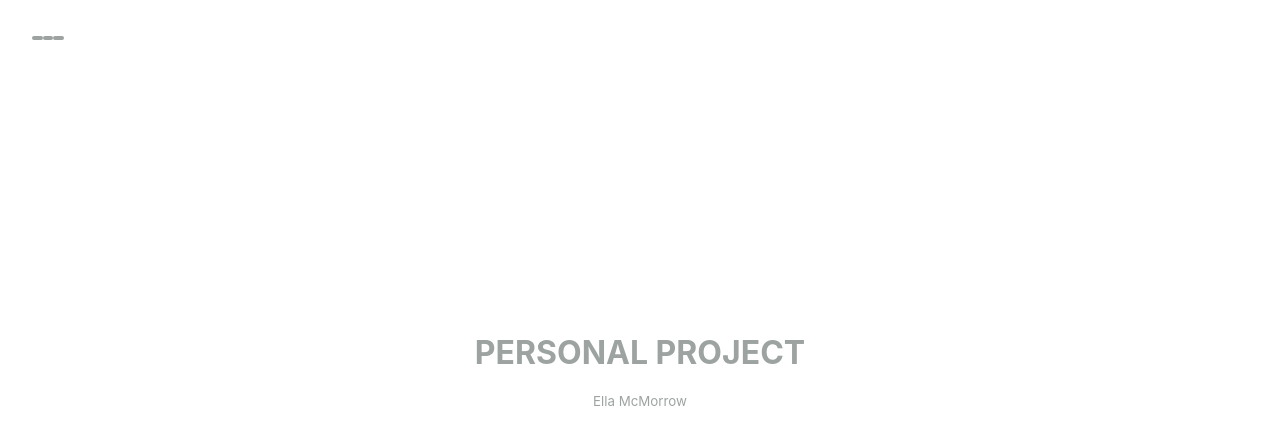
Repository: ellamcmorrow/react2020
Page: /
These files come from the project's save history. The page is drawn as it stood at one moment and after the next save; the edit follows.
The browser window is 1280 px wide. The pictures show the whole page.
The project was rebuilt for these pictures with package versions that can differ from the ones it lists, and the page was loaded fresh each time.

Above is the page before, as saved 2020-03-28 10:38:05.

### src/App.js
// App.js
import React, { useState, useRef } from "react";
import { ThemeProvider } from "styled-components";
import { GlobalStyles } from "./global";
import { theme } from "./theme";
import { Burger, Menu } from "./components";
import { useOnClickOutside } from "./hooks";

function App() {
  const [open, setOpen] = useState(false);

  const node = useRef();
  useOnClickOutside(node, () => setOpen(false));

  return (
    <ThemeProvider theme={theme}>
      <>
        <GlobalStyles />
        <div>
          <h1>Personal Project</h1>

          <small>Ella McMorrow</small>
        </div>
        <div ref={node}>
          <Burger open={open} setOpen={setOpen} />
          <Menu open={open} setOpen={setOpen} />
        </div>
      </>
    </ThemeProvider>
  );
}
export default App;

### src/global.js
import { createGlobalStyle } from "styled-components";

export const GlobalStyles = createGlobalStyle`
  html, body {
    margin: 0;
    padding: 0;
  }
  *, *::after, *::before {
    box-sizing: border-box;
  }
  body {
    display: flex;
    justify-content: center;
    align-items: center;
    background: white;
    color: ${({ theme }) => theme.primaryLight};
    height: 100vh;
    text-rendering: optimizeLegibility;
    font-family: -apple-system, BlinkMacSystemFont, "Segoe UI", Roboto, Helvetica, Arial, sans-serif, "Apple Color Emoji", "Segoe UI Emoji", "Segoe UI Symbol";
  }
  h1 {
    font-size: 2rem;
    text-align: center;
    text-transform: uppercase;
  }
  img {
    border-radius: 5px;
    height: auto;
    width: 10rem;
  }
  div {
    text-align: center;
  }
  small {
    display: block;
  }
  a {
    color: ${({ theme }) => theme.primaryHover};
    text-decoration: none;
  }`;

### src/theme.js
// theme.js
export const theme = {
  primaryDark: "#BDD3D7",
  primaryLight: "#9DA3A1",
  primaryHover: "#A7A69C",
  mobile: "576px"
};

### src/components/index.js
export { default as Burger } from "./burger/Burger";
export { default as Menu } from "./menu/Menu";

### src/hooks.js
// hooks.js
import { useEffect } from "react";

export const useOnClickOutside = (ref, handler) => {
  useEffect(() => {
    const listener = event => {
      if (!ref.current || ref.current.contains(event.target)) {
        return;
      }
      handler(event);
    };
    document.addEventListener("mousedown", listener);
    return () => {
      document.removeEventListener("mousedown", listener);
    };
  }, [ref, handler]);
};

### src/components/burger/Burger.js
// Burger.js
import React from "react";
import { bool, func } from "prop-types";
import { StyledBurger } from "./Burger.styled";

const Burger = ({ open, setOpen }) => {
  return (
    <StyledBurger open={open} onClick={() => setOpen(!open)}>
      <div />
      <div />
      <div />
    </StyledBurger>
  );
};
Burger.propTypes = {
  open: bool.isRequired,
  setOpen: func.isRequired
};

export default Burger;

### src/components/menu/Menu.js
// Menu.js
import React from "react";
import { bool } from "prop-types";
import { StyledMenu } from "./Menu.styled";

const Menu = ({ open, ...props }) => {
  return (
    <StyledMenu open={open}>
      <a href="/">About us</a>
      <a href="/">Pricing</a>
      <a href="/">Contact</a>
    </StyledMenu>
  );
};

Menu.propTypes = {
  open: bool.isRequired
};
export default Menu;

### src/components/burger/Burger.styled.js
// Burger.styled.js
import styled from "styled-components";

export const StyledBurger = styled.button`
  position: absolute;
  top: 5%;
  left: 2rem;
  display: flex;
  flex-direction: row;
  justify-content: flex-end;
  width: 2rem;
  height: 2rem;
  background: transparent;
  border: none;
  cursor: pointer;
  padding: 0;
  z-index: 10;

  &:focus {
    outline: none;
  }

  div {
    width: 2rem;
    height: 0.25rem;
    background: ${({ theme }) => theme.primaryLight};
    border-radius: 10px;
    transition: all 0.3s linear;
    position: relative;
    transform-origin: 1px;

    :first-child {
      transform: ${({ open }) => (open ? "rotate(45deg)" : "rotate(0)")};
    }

    :nth-child(2) {
      opacity: ${({ open }) => (open ? "0" : "1")};
      transform: ${({ open }) => (open ? "translateX(20px)" : "translateX(0)")};
    }

    :nth-child(3) {
      transform: ${({ open }) => (open ? "rotate(-45deg)" : "rotate(0)")};
    }
  }
`;

### src/components/menu/Menu.styled.js
// Menu.styled.js
import styled from "styled-components";

export const StyledMenu = styled.nav`
  display: flex;
  width: 100%;
  justify-content: left;
  background: #a89191;
  height: 100vh;
  text-align: center;
  padding: 2rem;
  padding-top: 200px;
  position: absolute;
  top: 0;
  left: 0;
  transition: transform 0.3s ease-in-out;
  transform: ${({ open }) => (open ? "translateX(0%)" : "translateX(-100%)")};

  @media (max-width: ${({ theme }) => theme.mobile}) {
    width: 100%;
  }

  a {
    font-size: 1rem;
    text-transform: uppercase;
    padding: 1rem 0;
    font-weight: light;
    letter-spacing: 0.5rem;
    color: ${({ theme }) => theme.primaryDark};
    text-decoration: none;
    transition: color 0.3s linear;

    @media (max-width: ${({ theme }) => theme.mobile}) {
      font-size: 1.5rem;
      text-align: center;
    }

    &:hover {
      color: ${({ theme }) => theme.primaryHover};
    }
  }
`;

Loaded but not shown: public/index.html (common file); src/index.js (common file); src/index.css (common file); src/serviceWorker.js (common file)

After the next save:
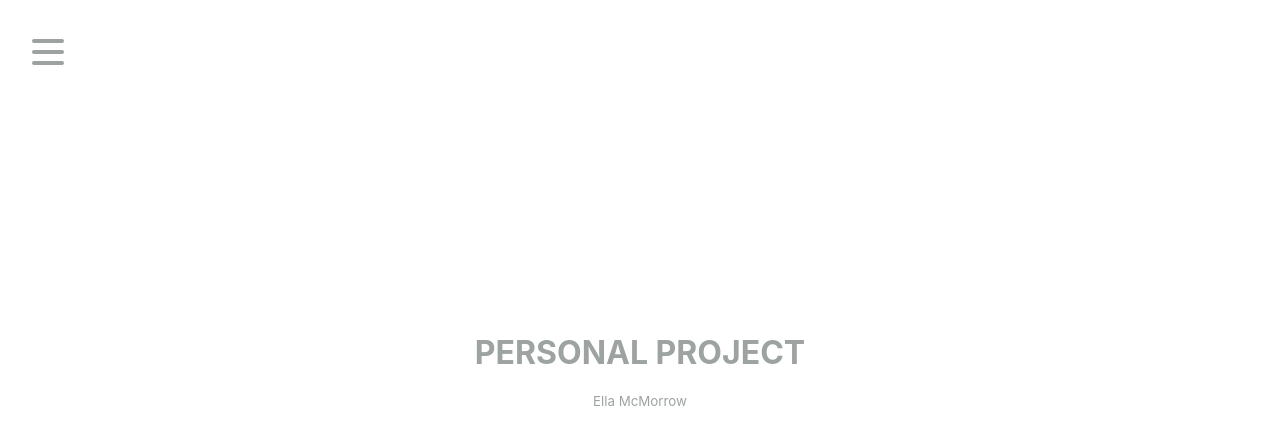
Saved 55 s later.
--- a/src/components/burger/Burger.styled.js
+++ b/src/components/burger/Burger.styled.js
@@ -6,14 +6,15 @@ export const StyledBurger = styled.button`
   top: 5%;
   left: 2rem;
   display: flex;
-  flex-direction: row;
-  justify-content: flex-end;
+  flex-direction: column;
+  justify-content: space-around;
   width: 2rem;
   height: 2rem;
   background: transparent;
   border: none;
   cursor: pointer;
   padding: 0;
+  padding: 0px;
   z-index: 10;
 
   &:focus {
